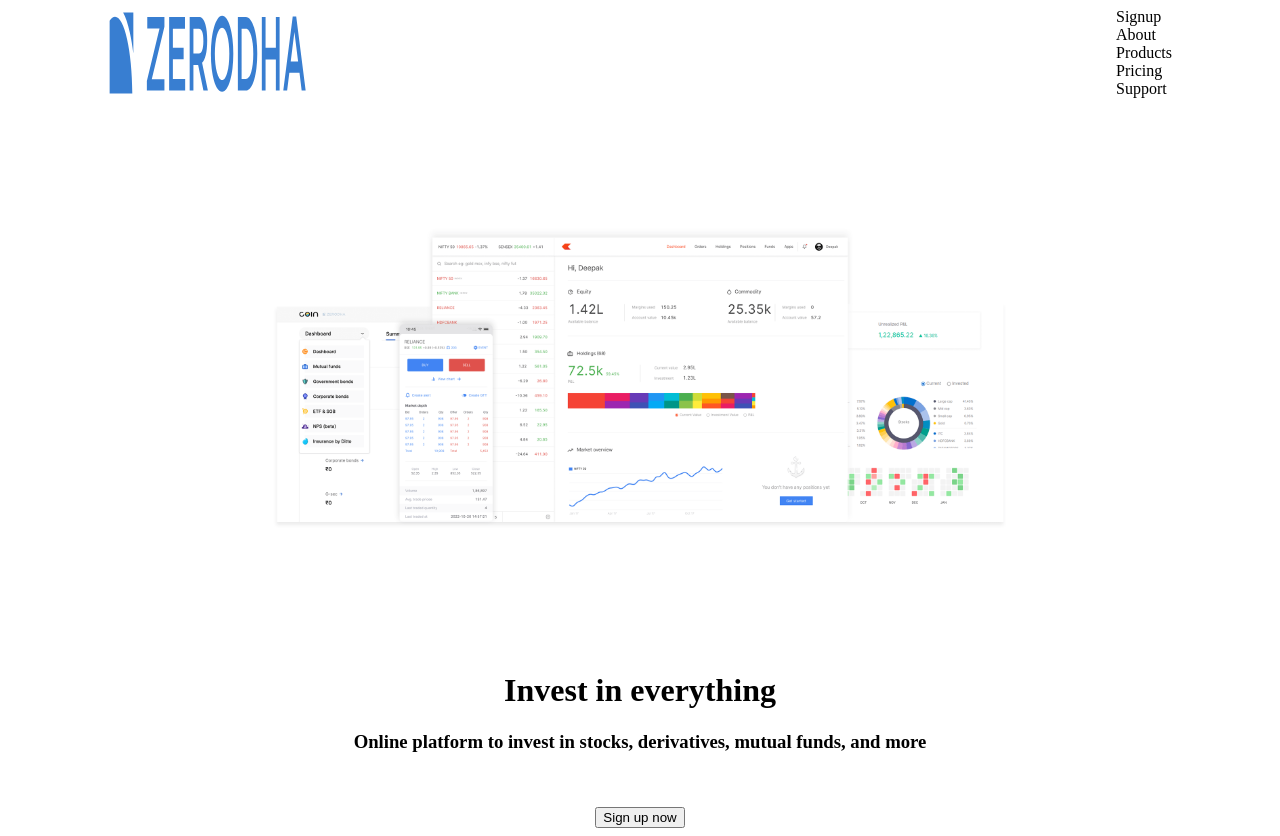
Repository: VISHALGUPTA100803/Harkirat_MERN
Page: zerodha_landing_page week0(html+css)/index.html
The author's editor kept a copy of each file at every save. The page is drawn from the files as they stood at one save, then again after the next save.
The browser window is 1280 px wide. The pictures show the whole page.

Above is the page before, as saved 2023-12-16 17:41:46.

After the next save:
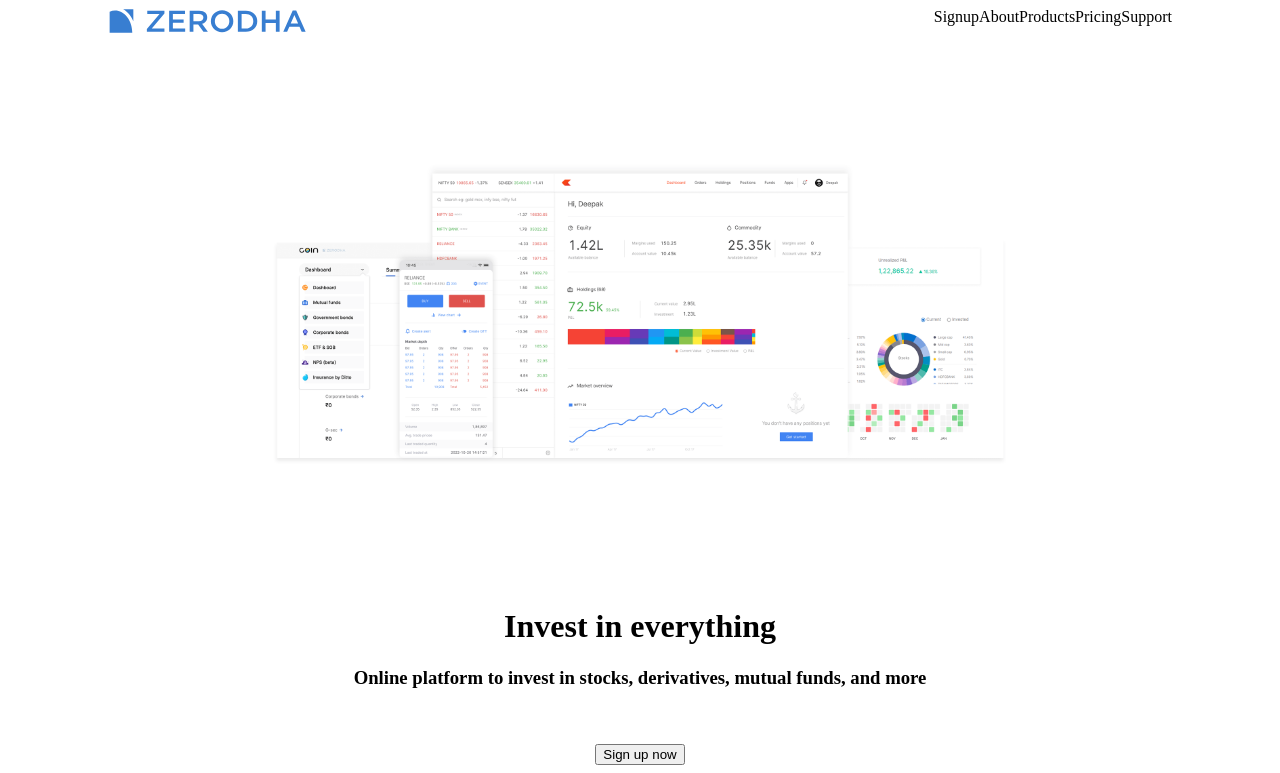
Saved 6 s later.
--- a/zerodha_landing_page week0(html+css)/index.html
+++ b/zerodha_landing_page week0(html+css)/index.html
@@ -1,7 +1,7 @@
 <div style = "display: flex; justify-content: space-between;
 margin-left: 100px; margin-right: 100px;">
     <img width = "200" src = "logo.svg"> </img>
-    <div style = "display: ;">
+    <div style = "display: flex;">
         <div> Signup </div>
 
         <div> About </div>
